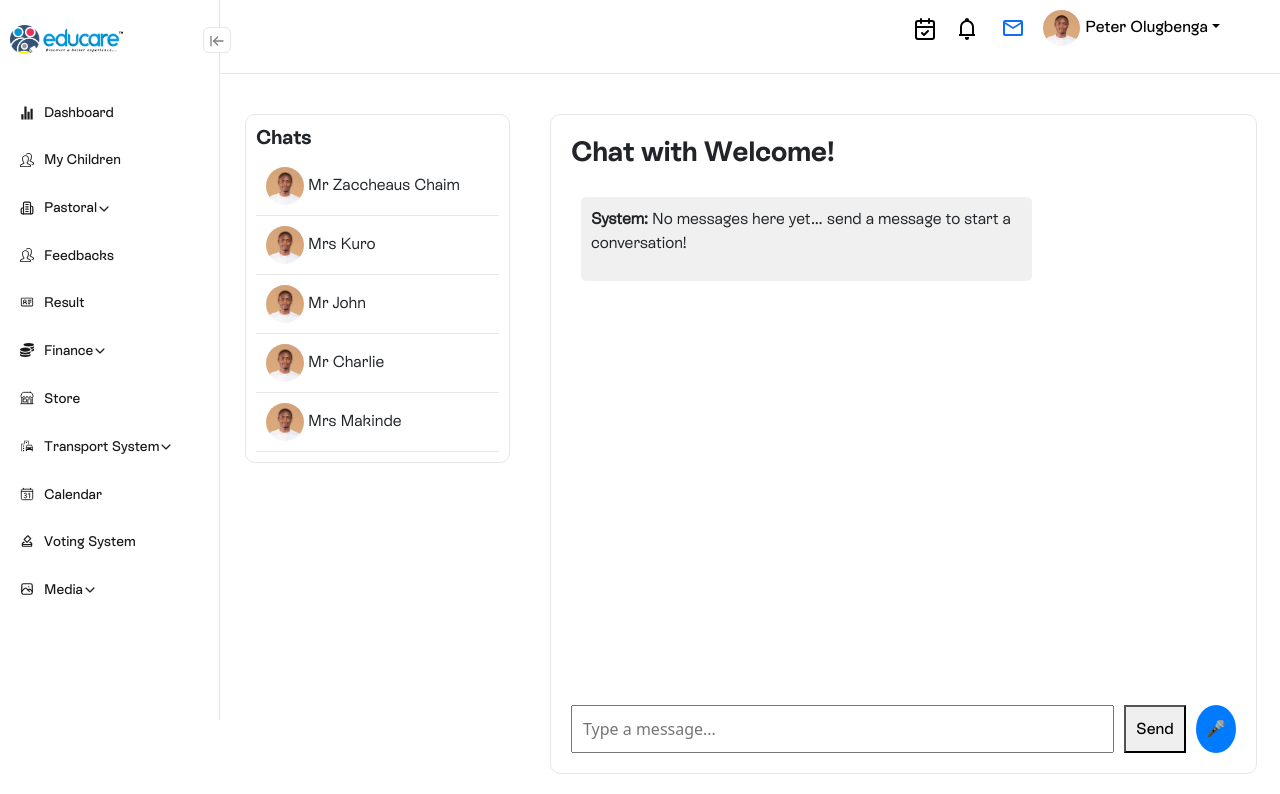
Repository: sarahnnanyelugo/educare-dashboards
Page: /chat-interface
An editor plug-in stored every save of this project. The page is shown before and after the next save, followed by the edit.
The browser window is 1280 px wide. The pictures show the whole page.
The project was rebuilt for these pictures with package versions that can differ from the ones it lists, and the page was loaded fresh each time. Also part of the build but not shown: src/Dashboards/Parents/Feedbacks/feedbacks.scss, src/components/AppTable/table.scss, src/components/AppTable/AppTable.js, src/Utils/DataUtils.js, src/components/Select/select.scss, src/components/Select/Select.js, src/components/Search/search.scss, src/components/Search/Search.js and 50 more.

Above is the page before, as saved 2024-11-27 12:53:53.

### src/App.js
import logo from "./logo.svg";
import "./App.scss";
import "bootstrap/dist/css/bootstrap.min.css";
import { BrowserRouter, Routes, Route, Link, Outlet } from "react-router-dom";
import { ParentsLayout } from "./Layouts/ParentsLayout";
import { MainNews } from "./pages/NewsPage/MainNews/MainNews";
import { NewsPage } from "./pages/NewsPage/NewsPage";
function App() {
  return (
    <>
      {" "}
      <Routes>
        <Route path="/*" element={<ParentsLayout />} />{" "}
        <Route path="news-page" element={<NewsPage />} />
        <Route path="main-news/:blog_id" element={<MainNews />} />
      </Routes>
    </>
  );
}

export default App;

### src/App.scss
.App-link {
  color: #61dafb;
}

@keyframes App-logo-spin {
  from {
    transform: rotate(0deg);
  }
  to {
    transform: rotate(360deg);
  }
}
@font-face {
  font-family: rebondG;
  src: url(./assets/fonts/Rebond_font/RebondG.otf);
}
@font-face {
  font-family: rebondG-Bold;
  src: url(./assets/fonts/Rebond_font/RebondG-Bold.otf);
}
@font-face {
  font-family: rebondG-Semi-Bold;
  src: url(./assets/fonts/Rebond_font/Rebond-semibold.otf);
}
@font-face {
  font-family: rebondG-Medium;
  src: url(./assets/fonts/Rebond_font/RebondGrotesqueMedium.otf);
}
@font-face {
  font-family: rebondBook;
  src: url(./assets/fonts/Rebond_font/RebondG-Book.ttf);
}
@font-face {
  font-family: rebondLight;
  src: url(./assets/fonts/Rebond_font/RebondGLight.otf);
}
@font-face {
  font-family: rebondMI;
  src: url(./assets/fonts/Rebond_font/RebondGrotesqueMediumitalic.otf);
}
p,
small,
link {
  font-family: rebondBook;
}
h1,
h2,
h3,
h4,
h5,
h6 {
  font-family: rebondG-Bold;
}
a {
  font-family: rebondG-Medium;
  text-decoration: none !important;
}
.card {
  border: 1px solid #e7e7e7 !important;
  border-radius: 10px !important;
}
select {
  border: none;
  background: #fff;
  padding: 7px;
  border-radius: 10px;
  width: 95%;
  font-size: 14px !important;
  font-family: rebondBook !important;
}
hr {
  border: solid 1px #c0bebe !important;
}
.app-btn {
  margin-top: 30px;
  border: solid 1px #e7e7e7;
  border-radius: 36px;
  background: #0098da;
  color: #fff;
  font-family: rebondBook;
  padding: 5px 20px;
  margin-left: 10px;
}
button {
  font-family: rebondG-Medium !important;
}
.page-session {
  border: solid 1px #e7e7e7;
  padding: 20px;
  border-radius: 10px;
  margin-top: 30px;
}

### src/Layouts/ParentsLayout.js
import React from "react";
import { Routes, Route, Navigate } from "react-router-dom";
import { TopNav } from "../components/TopNav/TopNav";
import Feedbacks from "../Dashboards/Parents/Feedbacks/Feedbacks";
import { MainView } from "../Dashboards/Parents/MainView/MainView";
import { MyChildren } from "../Dashboards/Parents/MyChildren/MyChildren";
import ExeatRequests from "../Dashboards/Parents/Pastoral/ExeatRequests";
import HostelReport from "../Dashboards/Parents/Pastoral/HostelReport";
import PastoralReport from "../Dashboards/Parents/Pastoral/PastoralReport";
import { Result } from "../Dashboards/Parents/Result/Result";
import { SideNav } from "../components/SideNav/SideNav";
import { Wallet } from "../Dashboards/Parents/Finance/Wallet";
import { PocketMoney } from "../Dashboards/Parents/Finance/PocketMoney";
import { Invoices } from "../Dashboards/Parents/Finance/Invoices";
import { TransactionHistory } from "../Dashboards/Parents/Finance/TransactionHistory";
import { Store } from "../Dashboards/Parents/Store/Store";
import Event from "../Dashboards/Parents/Calendar/Calendar";
import { VotingSystem } from "../Dashboards/Parents/VotingSystem/VotingSystem";
import { TransportSystem } from "../Dashboards/Parents/TransportSystem/TransportSystem";
import PhotoJournal from "../Dashboards/Parents/Media/PhotoJournals";
import TaggedPost from "../Dashboards/Parents/Media/TaggedPost";
import ChatInterface from "../components/TopNav/ChatInterface/ChatInterface";
export const ParentsLayout = () => {
  return (
    <>
      <div className="d-md-flex">
        <div className="col-md-">
          <SideNav />
        </div>
        <div className="container-fluid" style={{ padding: "0px 0px" }}>
          <TopNav />
          <Routes>
            <Route path="/" element={<MainView />} />{" "}
            <Route path="/my-children" element={<MyChildren />} />{" "}
            <Route path="/result" element={<Result />} />{" "}
            <Route path="/feedbacks" element={<Feedbacks />} />{" "}
            <Route path="/pastoral-report" element={<PastoralReport />} />{" "}
            <Route path="/exeat-requests" element={<ExeatRequests />} />{" "}
            <Route path="/hostel-report" element={<HostelReport />} />{" "}
            <Route path="/wallet" element={<Wallet />} />{" "}
            <Route path="/pocket-money" element={<PocketMoney />} />{" "}
            <Route path="/invoices" element={<Invoices />} />{" "}
            <Route path="/store" element={<Store />} />{" "}
            <Route path="/calendar" element={<Event />} />{" "}
            <Route path="/chat-interface" element={<ChatInterface />} />{" "}
            <Route
              path="/transaction-history"
              element={<TransactionHistory />}
            />{" "}
            <Route path="/voting-system" element={<VotingSystem />} />{" "}
            <Route path="/transport-system" element={<TransportSystem />} />{" "}
            <Route path="/photo-journals" element={<PhotoJournal />} />{" "}
            <Route path="/tagged-posts" element={<TaggedPost />} />{" "}
          </Routes>
        </div>
      </div>
    </>
  );
};

### src/components/TopNav/TopNav.js
import React from "react";
import "./top-nav.scss";
import { LuCalendarCheck } from "react-icons/lu";
import { CgBell } from "react-icons/cg";
import { MdOutlineEmail } from "react-icons/md";
import Container from "react-bootstrap/Container";
import Nav from "react-bootstrap/Nav";
import Navbar from "react-bootstrap/Navbar";
import Icon5 from "../../assets/images/peter.png";
import { FaRegUser } from "react-icons/fa";

import Dropdown from "react-bootstrap/Dropdown";
import { IoIosLogOut } from "react-icons/io";
import { Link } from "react-router-dom";

export const TopNav = () => {
  return (
    <div className="top-nav-container">
      <ul className="list-inline">
        <li className="list-inline-item">
          <div className="profile-drop profile-drop2">
            <Dropdown>
              <Dropdown.Toggle>
                <LuCalendarCheck style={{ fontSize: "24px" }} />
              </Dropdown.Toggle>

              <Dropdown.Menu>
                <Dropdown.Item href="/dashboard-selector">
                  <h6>Unapproved Results</h6>
                </Dropdown.Item>
                <hr />
              </Dropdown.Menu>
            </Dropdown>
          </div>
        </li>
        <li className="list-inline-item">
          <div className="profile-drop profile-drop2">
            <Dropdown>
              <Dropdown.Toggle>
                <CgBell style={{ fontSize: "24px" }} />
              </Dropdown.Toggle>

              <Dropdown.Menu>
                <Dropdown.Item href="/dashboard-selector">
                  <h6>Notifications</h6>
                </Dropdown.Item>
                <hr />
              </Dropdown.Menu>
            </Dropdown>
          </div>
        </li>{" "}
        <li className="list-inline-item">
          <Link to={"/chat-interface"}>
            {" "}
            <MdOutlineEmail style={{ fontSize: "24px" }} />
          </Link>
        </li>
        <li className="list-inline-item">
          <div className="profile-drop">
            <Dropdown>
              <Dropdown.Toggle>
                <img src={Icon5} width="37px" />
                Peter Olugbenga
              </Dropdown.Toggle>

              <Dropdown.Menu>
                <Dropdown.Item href="/dashboard-selector">
                  <h6> Peter Olugbenga</h6>
                  <small>olasunkanifiness@gmail.com</small>
                </Dropdown.Item>
                <hr />
                <Dropdown.Item>
                  <FaRegUser style={{ marginRight: "10px" }} />
                  Profile
                </Dropdown.Item>
                <Dropdown.Item>
                  <IoIosLogOut style={{ marginRight: "10px" }} />
                  Sign out
                </Dropdown.Item>
              </Dropdown.Menu>
            </Dropdown>
          </div>
        </li>
      </ul>
    </div>
  );
};

### src/components/TopNav/ChatInterface/ChatInterface.js
import React, { useState } from "react";
import { ChatWindow } from "./ChatWindow";
import Contacts from "./Contacts";
import { contacts, messages } from "../../../TestData/chatContactData";

const ChatInterface = () => {
  const [selectedContactId, setSelectedContactId] = useState(null);

  // Default message for when no contact is selected
  const defaultMessages = [
    {
      sender: "System",
      text: "No messages here yet… send a message to start a conversation!",
    },
  ];

  const currentMessages = selectedContactId
    ? messages[selectedContactId]
    : defaultMessages;
  const currentContactName = selectedContactId
    ? contacts.find((c) => c.id === selectedContactId).name
    : "Welcome!";

  return (
    <div className="chat-interface">
      <Contacts
        contacts={contacts}
        onSelectContact={setSelectedContactId}
        activeContactId={selectedContactId}
      />
      <ChatWindow
        messages={currentMessages}
        selectedContact={currentContactName}
      />
    </div>
  );
};

export default ChatInterface;

### src/components/TopNav/top-nav.scss
.top-nav-container {
  height: 74px;
  border-bottom: solid 1px #e4e7ec;
  //   padding-top: 20px;
  padding-right: 50px;
  ul {
    float: right;
    li {
      margin: 10px;
    }
  }
  .profile-drop {
    .btn {
      padding: 0;
      background: #fff !important;
      border: none !important;
      color: #000;
      font-family: rebondG-Medium;
      font-size: 16px;
      img {
        border-radius: 100%;
        margin-right: 5px;
      }
    }
    .dropdown-menu {
      border: solid 1px #d0d5dd;
      font-family: montM;
      box-shadow: 0px 1px 3px #1018281a;
      border: 1px solid #e4e7ec;
      border-radius: 10px;
      min-height: 150px;
      width: 230px !important;
      padding: 5px 10px;
      font-size: 14px;
      a {
        padding: 10px;
      }
      h6 {
        margin-bottom: 0;
      }
      small {
        color: #9d9ea1;
        font-size: 12px;
      }
      hr {
        border: solid 1px #d0d5dd;
        margin-top: 0;
        margin-bottom: 0;
      }
    }
  }
}
.profile-drop2 {
  .dropdown-toggle::after {
    display: none;
  }
}

### src/components/SideNav/SidebarData.js
import React from "react";
import * as FaIcons from "react-icons/fa";
import * as AiIcons from "react-icons/ai";
import * as IoIcons from "react-icons/io";

export const SidebarData = [
  {
    name: "Dashboard",
    icon: "IoStatsChartSharp",
    url: "/",
  },
  {
    name: "My Children",
    icon: "SlPeople",
    url: "/my-children",
  },
  {
    name: "Pastoral",
    icon: "LuBuilding2",
    url: "/pastoral",
    accordion: true,
    accordionContent: [
      { name: "Pastoral Report", url: "/pastoral-report" },
      { name: "Exeat Requests", url: "/exeat-requests" },
      { name: "Hostel Report", url: "/hostel-report" },
    ],
  },
  {
    name: "Feedbacks",
    icon: "SlPeople",
    url: "/feedbacks",
  },
  {
    name: "Result",
    icon: "LiaIdCardSolid",
    url: "/result",
  },
  {
    name: "Finance",
    icon: "FaCoins",
    url: "/finance",
    accordion: true,
    accordionContent: [
      { name: "Wallet", url: "/wallet" },
      { name: "Pocket Money", url: "/pocket-money" },
      { name: "Invoices", url: "/invoices" },
      { name: "Transaction History", url: "/transaction-history" },
    ],
  },
  {
    name: "Store",
    icon: "IoStorefrontOutline",
    url: "/store",
  },
  {
    name: "Transport System",
    icon: "MdOutlineEmojiTransportation",
    accordion: true,
    accordionContent: [
      { name: "Bus", url: "/transport-system" },
      { name: "Pickup", url: "/pickup" },
    ],
  },
  {
    name: "Calendar",
    icon: "IoCalendarNumberOutline",
    url: "/calendar",
  },
  {
    name: "Voting System",
    icon: "MdOutlineHowToVote",
    url: "/voting-system",
  },
  {
    name: "Media",
    icon: "TbPhoto",

    accordion: true,
    accordionContent: [
      { name: "Photo Journals", url: "/photo-journals" },
      { name: "Tagged Posts", url: "/tagged-posts" },
    ],
  },
];

### src/components/SideNav/side-nav.scss
.side-nav-div {
  background: rgb(255, 255, 255);
  padding: 0 !important;

  .nav-inner {
    padding: 25px 5px 5px 10px;
    display: flex;
    align-items: center;
  }
  border-right: 1px solid #e7e7e7;
  a {
    color: #191919;
    font-size: 14px;

    border-radius: 6px;
  }
  ul {
    // background: red;
    li {
      margin: 5px 15px !important;
      padding: 8px 10px 8px 5px;
      &:hover {
        border-radius: 6px;

        background: #fafafa;
      }
    }
  }
  .list-group-item {
    margin: 5px 15px !important;
    padding: 8px 10px 8px 5px;
    border: none;
    &:hover {
      border-radius: 6px;

      background: #fafafa;
    }
  }
  ol {
    // background: red;
    li {
      &:hover {
        background: #fafafa;
        border-radius: 6px;
      }
    }
  }
  .accordion-button {
    padding: 3px 0 3px 0px !important;
    margin-left: 0 !important;
    font-size: 14px;
    font-family: rebondG-Medium !important;

    background: transparent !important;
    width: 100% !important;
  }
  .accordion-body {
    border-left: 1px solid #e7e7e7;
    margin-top: 20px;
    padding: 0 !important;
    ol {
      li {
        font-size: 10px;
      }
    }
  }
  .accordion-button:not(.collapsed) {
    border-bottom: 0 !important;
    width: 100% !important;
  }
  .accordion-button::after {
    display: none;
  }
  .accordion-item {
    border: none !important;
  }
  .active-link {
    color: #0098da; /* Change to your desired active link color */
    font-weight: bold;
    padding: 8px 10px 8px 5px;
    font-size: 14px;
    background-color: #e6f7ff;
    width: 100% !important;
  }
}
.link-span {
  width: 100% !important;
}

### src/components/TopNav/ChatInterface/ChatWindow.js
import React, { useState, useEffect } from "react";
import "./chat.scss";
const formatTime = (date) => {
  const hours = date.getHours();
  const minutes = date.getMinutes();
  const ampm = hours >= 12 ? "PM" : "AM";
  const formattedHours = hours % 12 || 12; // Convert 24-hour to 12-hour
  const formattedMinutes = minutes < 10 ? "0" + minutes : minutes;
  return `${formattedHours}:${formattedMinutes} ${ampm}`;
};
export const ChatWindow = ({ messages, selectedContact }) => {
  const [chatMessages, setChatMessages] = useState([]);
  const [newMessage, setNewMessage] = useState("");
  const [recording, setRecording] = useState(false);
  const [mediaRecorder, setMediaRecorder] = useState(null);
  const [audioChunks, setAudioChunks] = useState([]);
  useEffect(() => {
    setChatMessages(messages);
  }, [messages]);
  useEffect(() => {
    console.log(audioChunks);
  }, [audioChunks]);
  const handleSend = () => {
    if (newMessage.trim()) {
      // Get the current time when the message is sent
      const currentTime = formatTime(new Date());

      const newChatMessage = {
        sender: "You",
        text: newMessage,
        time: currentTime,
      };

      // Add the new message to the chat messages
      setChatMessages((prevMessages) => [...prevMessages, newChatMessage]);

      // Clear the input box after sending the message
      setNewMessage("");
    }
  };
  const handleStartRecording = async () => {
    try {
      const stream = await navigator.mediaDevices.getUserMedia({ audio: true });
      console.log("Microphone access granted.");

      const recorder = new MediaRecorder(stream);
      const chunks = [];

      recorder.ondataavailable = (event) => {
        if (event.data.size > 0) {
          console.log("Audio chunk received:", event.data);
          chunks.push(event.data);
        }
      };

      recorder.onstop = () => {
        if (chunks.length > 0) {
          console.log("Recording stopped. Creating audio blob...");
          const audioBlob = new Blob(chunks, { type: "audio/webm" });
          const audioUrl = URL.createObjectURL(audioBlob);

          // Add audio message to the chat
          const currentTime = formatTime(new Date());
          setChatMessages((prevMessages) => [
            ...prevMessages,
            {
              sender: "You",
              text: null,
              audio: audioUrl,
              time: currentTime,
            },
          ]);
        } else {
          console.error("No audio data captured.");
        }
      };

      recorder.start();
      console.log("Recording started.");
      setMediaRecorder(recorder);
      setRecording(true);
    } catch (error) {
      console.error("Error accessing microphone:", error);
      alert("Microphone access is required for voice recording.");
    }
  };
  const handleStopRecording = () => {
    if (mediaRecorder) {
      mediaRecorder.stop();
      setRecording(false);
    }
  };

  return (
    <div className="chat-window card col-md-8">
      <h3>Chat with {selectedContact}</h3>
      <div className="message-list">
        {chatMessages.map((msg, index) => (
          <div
            key={index}
            className={`message ${msg.sender === "You" ? "sent" : "received"}`}
          >
            {msg.text ? (
              <p>
                <strong>{msg.sender}:</strong> {msg.text}
              </p>
            ) : (
              <audio controls>
                <source src={msg.audio} type="audio/webm" />
              </audio>
            )}
            <span className="message-time">{msg.time}</span>
          </div>
        ))}
      </div>
      <div className="input-box">
        <input
          type="text"
          value={newMessage}
          onChange={(e) => setNewMessage(e.target.value)}
          placeholder="Type a message..."
        />
        <button onClick={handleSend}>Send</button>
        <button
          onClick={recording ? handleStopRecording : handleStartRecording}
          className={`record-button ${recording ? "recording" : ""}`}
        >
          🎤
        </button>
      </div>
    </div>
  );
};

### src/components/TopNav/ChatInterface/Contacts.js
import React from "react";
const Contacts = ({ contacts, onSelectContact, activeContactId }) => {
  return (
    <div className="col-md-3 cover">
      {" "}
      <div className="chat-contacts card col-md-12">
        <h5>Chats</h5>
        <ul>
          {contacts.map((contact) => (
            <li
              key={contact.id}
              className={contact.id === activeContactId ? "active" : ""}
              onClick={() => onSelectContact(contact.id)}
            >
              <img src={contact.profilePicture} width="38px" height="38px" />{" "}
              {contact.name}
            </li>
          ))}
        </ul>
      </div>
    </div>
  );
};

export default Contacts;

### src/TestData/chatContactData.js
import Img1 from "../assets/images/peter.png";

export const contacts = [
  { id: 1, name: "Mr Zaccheaus Chaim", profilePicture: Img1 },
  { id: 2, name: "Mrs Kuro", profilePicture: Img1 },
  { id: 3, name: "Mr John", profilePicture: Img1 },
  { id: 4, name: "Mr Charlie", profilePicture: Img1 },
  { id: 5, name: "Mrs Makinde", profilePicture: Img1 },
];

export const messages = {
  1: [
    { sender: "Mr Zaccheaus Chaim", text: "Hi there!" },
    { sender: "You", text: "Hello Alice!" },
  ],
  2: [
    { sender: "Mrs Kuro", text: "How are you?" },
    { sender: "You", text: "I'm good, thanks!" },
  ],
  3: [
    { sender: "Mr John", text: "Hey, long time no see!" },
    { sender: "You", text: "Yeah, it's been a while." },
  ],

  4: [
    { sender: "Mr Charlie", text: "Hey, long time no see!" },

    { sender: "You", text: "Yeah, it's been a while." },
  ],
  5: [
    { sender: "Mrs Makinde", text: "Hey, long time no see!" },
    { sender: "You", text: "Yeah, it's been a while." },
  ],
};

### src/components/TopNav/ChatInterface/chat.scss
.chat-interface {
  display: flex;
  width: 100%;
  height: 600px;
  height: 100vh;
}
.chat-contacts {
  //   width: 25%;
  background-color: #fff;
  padding: 10px;
  border-right: 1px solid #ddd;
  margin-top: 40px;
  margin: 40px 20px 20px 25px;
  img {
    border-radius: 100%;
  }
  ul {
    list-style: none;
    padding: 0;
    margin: 0;
  }
  li {
    padding: 10px;
    cursor: pointer;

    font-family: rebondBook;
    border-bottom: solid 1px #e7e7e7;
    &:hover {
      background-color: #f0f0f0;
    }
  }
}
.chat-contacts li.active {
  background-color: #0098da;
  color: white;
  font-weight: bold;
  border-radius: 12px;
}
.chat-window {
  padding: 20px;
  display: flex;
  flex-direction: column;
  margin-top: 40px;
  margin: 40px 20px 20px 65px;
}

.message-list {
  flex: 1;
  overflow-y: auto;
  margin-bottom: 10px;
}

.message {
  padding: 10px;
  margin-bottom: 5px;
}

.message.sent {
  align-self: flex-end;
  background-color: #e1ffc7;
}

.message.received {
  align-self: flex-start;
  background-color: #f0f0f0;
}

.input-box {
  display: flex;
}

.input-box input {
  flex: 1;
  padding: 10px;
}

.input-box button {
  padding: 10px;
}
.no-messages {
  text-align: center;
  color: #888;
  font-style: italic;
  margin: 20px 0;
}
.message {
  margin: 10px 0;
  padding: 10px;
  border-radius: 5px;
  max-width: 70%;
}

.message.sent {
  background-color: #e1ffc7;
  align-self: flex-end;
  text-align: right;
}

.message.received {
  background-color: #f0f0f0;
  align-self: flex-start;
  text-align: left;
}

.message-list {
  display: flex;
  flex-direction: column;
  gap: 10px;
  overflow-y: auto;
  padding: 10px;
  flex: 1;
  //   max-height: 400px; /* Adjust based on your layout */
}

.input-box {
  display: flex;
  gap: 10px;
  margin-top: 10px;
}
/* Recording button styles */
.record-button {
  background-color: #007bff;
  color: white;
  border: none;
  padding: 10px;
  border-radius: 50%;
  cursor: pointer;
}

.record-button.recording {
  background-color: #ff4d4d;
  animation: pulse 1s infinite;
}

@keyframes pulse {
  0% {
    transform: scale(1);
  }
  50% {
    transform: scale(1.1);
  }
  100% {
    transform: scale(1);
  }
}
// .covering {
//   padding: 10px;
//   height: 600px;
//   height: 100vh;
// }

Loaded but not shown: public/index.html (common file); src/index.js (common file); src/index.css (common file); src/reportWebVitals.js (common file); src/components/SideNav/SideNav.js (225 lines, source omitted); src/Dashboards/Parents/TransportSystem/transport-system.scss (no stored copy; drawn as an empty file)

After the next save:
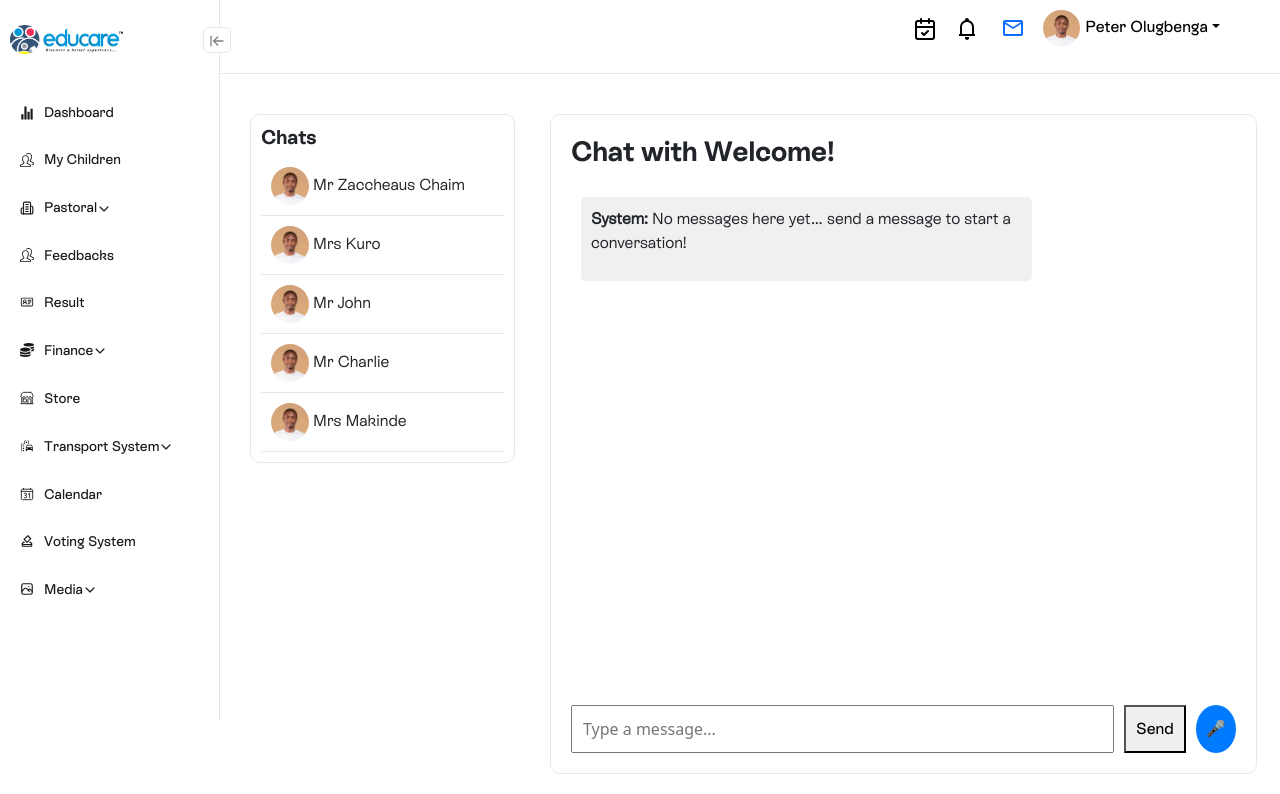
Saved 12 s later.
--- a/src/components/TopNav/ChatInterface/chat.scss
+++ b/src/components/TopNav/ChatInterface/chat.scss
@@ -10,7 +10,7 @@
   padding: 10px;
   border-right: 1px solid #ddd;
   margin-top: 40px;
-  margin: 40px 20px 20px 25px;
+  margin: 40px 20px 20px 30px;
   img {
     border-radius: 100%;
   }
